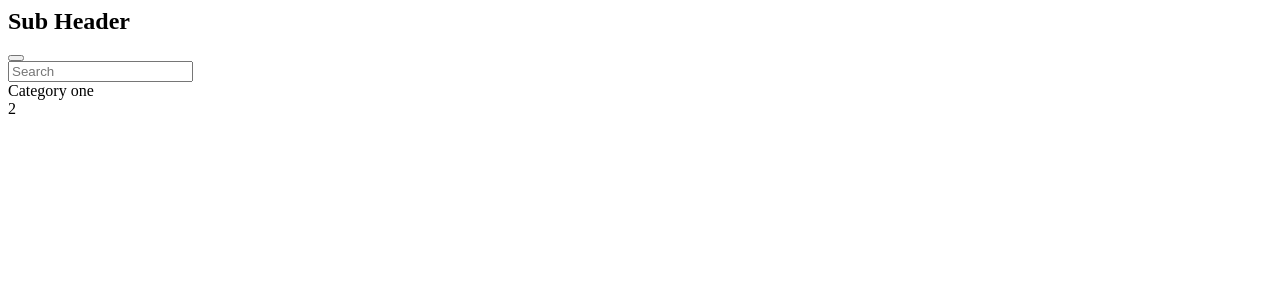
Repository: dvbondoy/peddler-pos
Page: www/product/templates/categories.html
The author's editor kept a copy of each file at every save. The page is drawn from the files as they stood at one save, then again after the next save.
The browser window is 1280 px wide. The pictures show the whole page.

Above is the page before, as saved 2016-12-06 10:20:11.

After the next save:
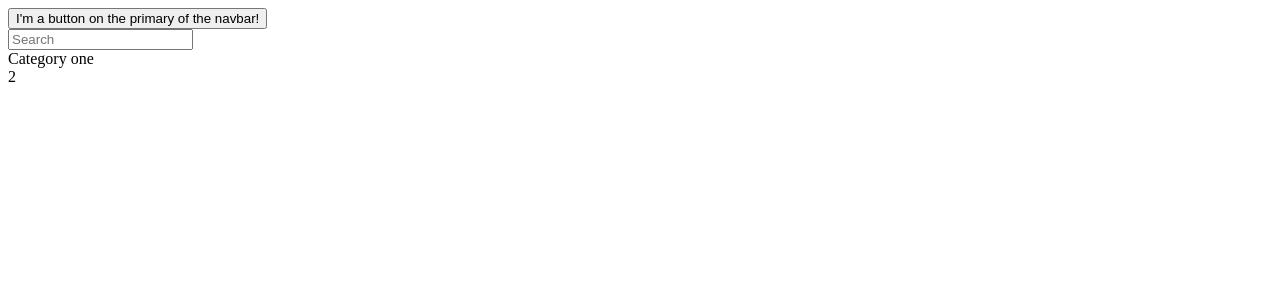
Saved 2 min 25 s later.
--- a/www/product/templates/categories.html
+++ b/www/product/templates/categories.html
@@ -1,13 +1,16 @@
 <ion-view view-title="Categories List">
-  <!--<div class="bar bar-subheader item-input-inset">-->
+  <ion-nav-buttons side="primary">
+    <button class="button" ng-click="doSomething()">
+      I'm a button on the primary of the navbar!
+    </button>
+  </ion-nav-buttons>
+  <!--<div class="bar bar-subheader item-input-inset">
     <div class="buttons">
       <h2 class="title">Sub Header</h2>
       <button class="button"><i class="icon ion-plus"></i></button>
     </div>
-    <!--<button class="button">
-      <i class="icon ion-plus"></i>
-    </button>-->
-  <!--</div>-->
+
+  </div>-->
   <ion-content class="has-subheader">
     <div class="item-input-inset">
       <label class="item-input-wrapper">
